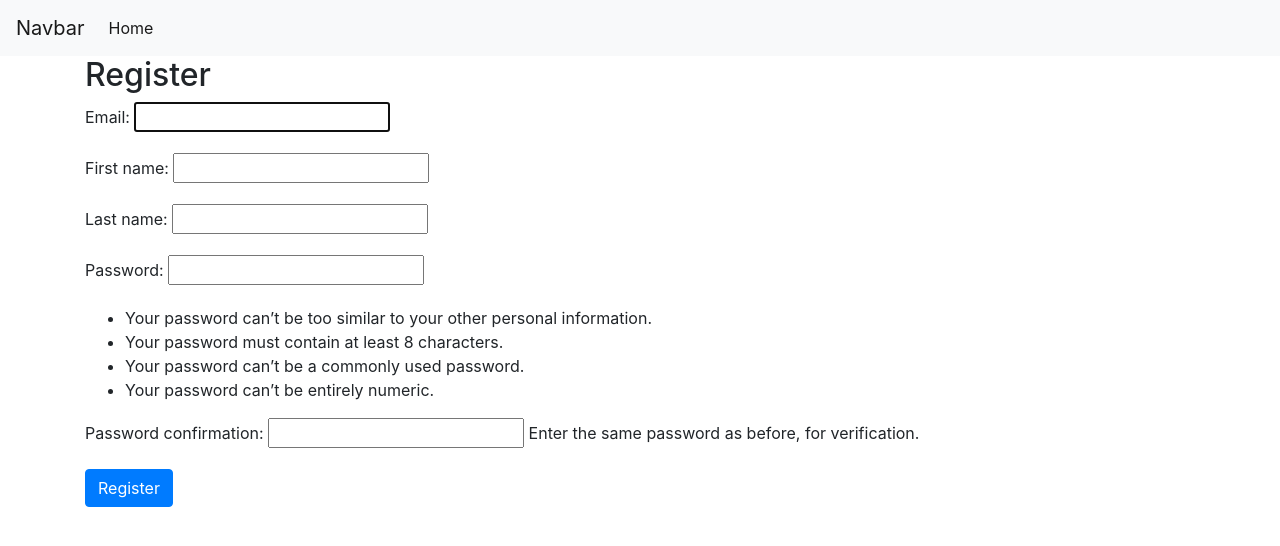
Repository: apps-eduard/TH_MONITORING_v1
Page: http://localhost/user_profile/register/
An editor plug-in stored every save of this project. The page is shown before and after the next save, followed by the edit.
The browser window is 1280 px wide. The pictures show the whole page.
Some web libraries are served in a nearby version. The page is served by the project's application, run on Django 5.2 (manage.py).

Above is the page before, as saved 2024-03-26 10:23:34.

After the next save:
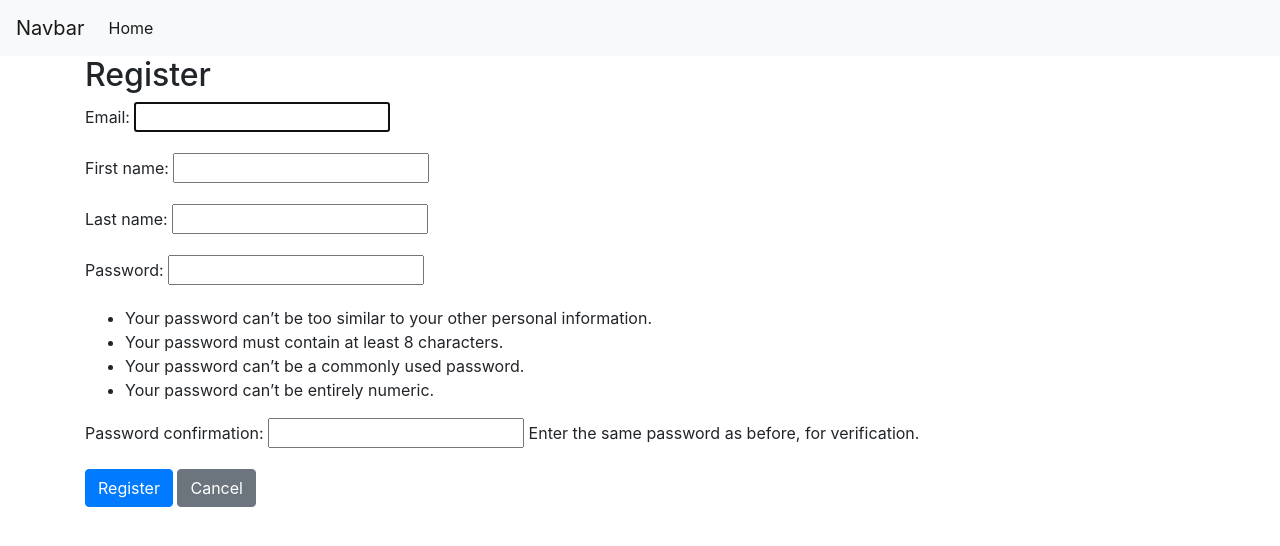
Saved 3 min 51 s later.
--- a/user_profile/templates/user_profile/register.html
+++ b/user_profile/templates/user_profile/register.html
@@ -7,6 +7,8 @@
         {% csrf_token %}
         {{ form.as_p }}
         <button type="submit" class="btn btn-primary">Register</button>
+        <!-- Add a Cancel button/link -->
+        <a href="{% url 'login' %}" class="btn btn-secondary">Cancel</a>
     </form>
 </div>
 {% endblock %}
